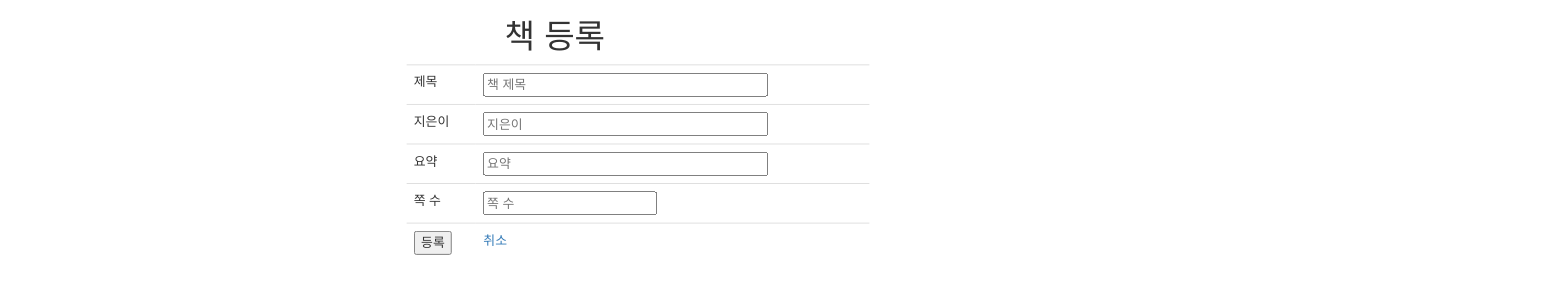
Repository: newzinee/SKDidimdolSpring
Page: http://localhost/AZBookPrj/insertBook.jsp
The author's editor kept a copy of each file at every save. The page is drawn from the files as they stood at one save, then again after the next save.
The browser window is 1280 px wide. The page is 1703 px wide, so the pictures cover 1703 px, including what lies to the right of the window. The pictures show the whole page, at 92% of full size.
The page is served by Tomcat 9. Nobody is signed in. The application's start-up code is not run.

Above is the page before, as saved 2017-02-12 14:10:09.
Console error (its wording comes from the project's code and is left out).

After the next save:
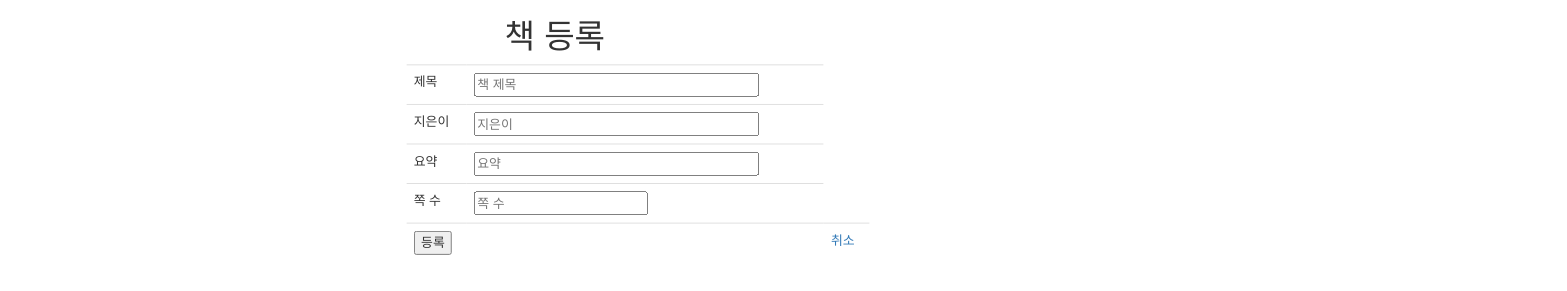
Saved 43 s later.
--- a/AZBookPrj/WebContent/insertBook.jsp
+++ b/AZBookPrj/WebContent/insertBook.jsp
@@ -42,7 +42,7 @@
 					<td><input type="number" name="page" placeholder="쪽 수" size="35"></td>
 				</tr>
 				<tr>
-					<td><input type="submit" value="등록"></td>
+					<td colspan="2"><input type="submit" value="등록">
 					<td><a href="getBookList.do">취소</a></td>
 				</tr>
 			</table>
